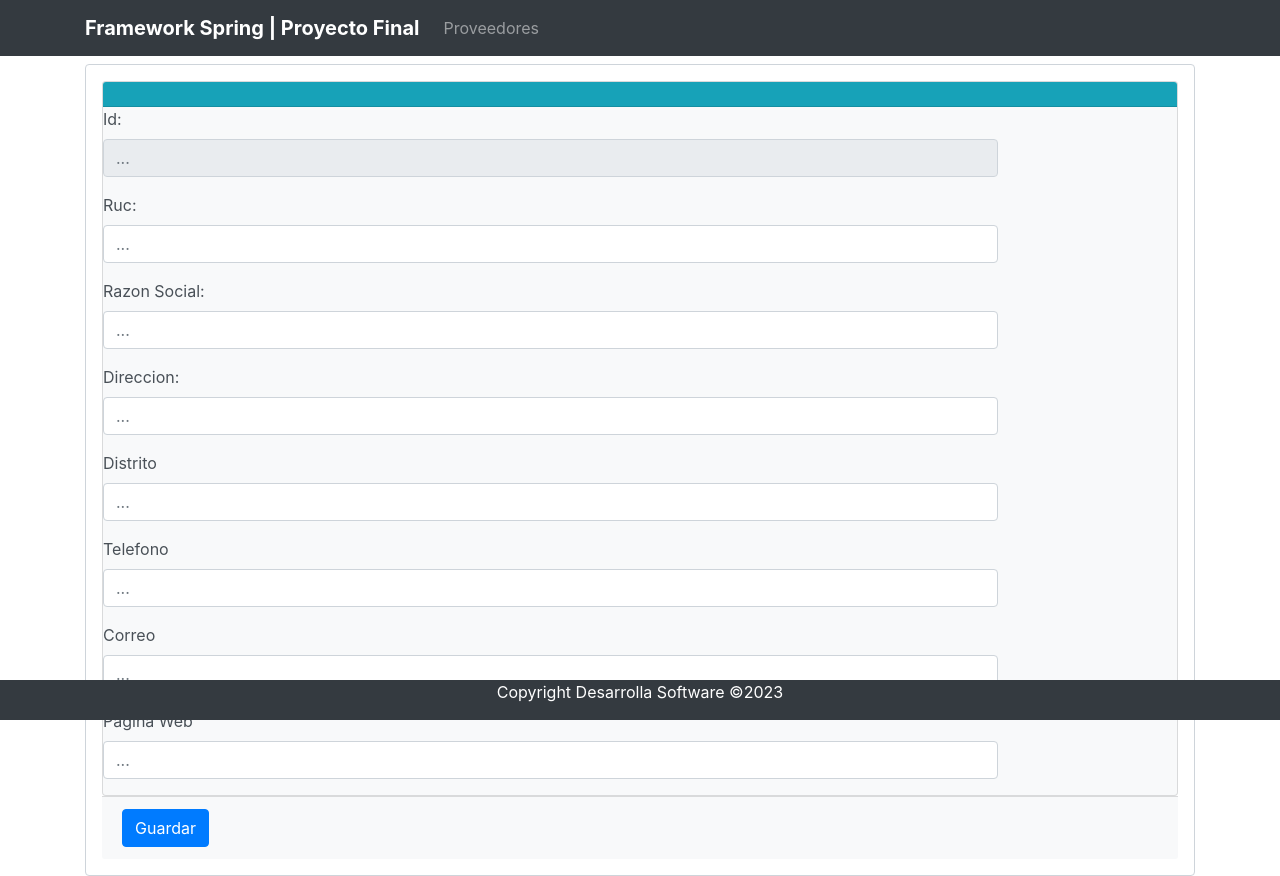
Repository: jeanyantas/proyecto-final-spring
Page: http://localhost/frmEditar
An editor plug-in stored every save of this project. The page is shown before and after the next save, followed by the edit.
The browser window is 1280 px wide. The pictures show the whole page.
The page is this project's Thymeleaf template; nobody is signed in. The template is opened directly, without the code that normally fills it, so the values that code supplies are empty.

Above is the page before, as saved 2023-01-15 20:01:21.

After the next save:
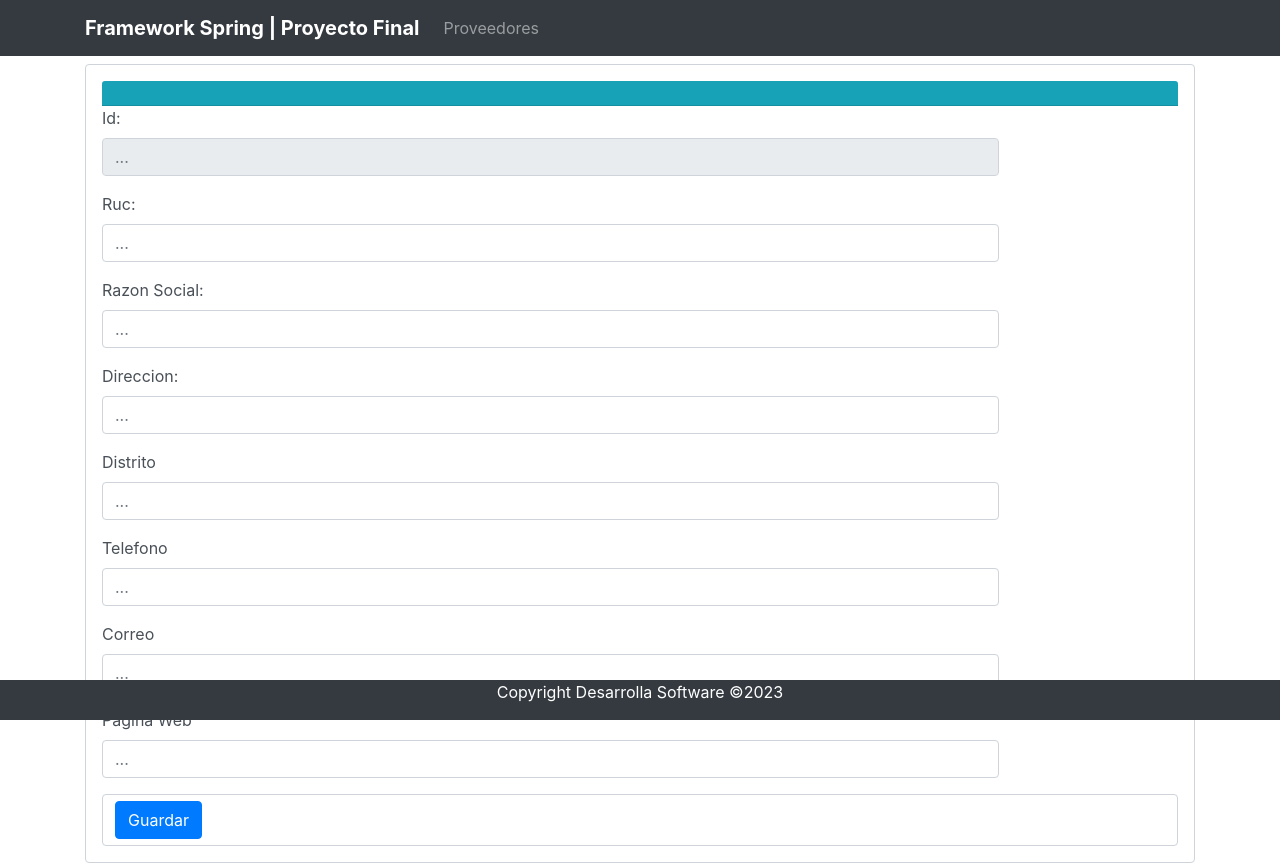
Saved 2 min 32 s later.
--- a/moduloProveedor/src/main/resources/templates/frmEditar.html
+++ b/moduloProveedor/src/main/resources/templates/frmEditar.html
@@ -5,7 +5,6 @@
 		<header th:replace="plantilla/plantilla :: header"></header>
 		<div class="container mt-2">
 			<form th:action="@{/grabar}" th:object="${proveedor}" method="post" class="form-control p-3">
-				<div class="card bg-light">
 					<div class="card-header bg-info text-white" th:text="${titulo}"></div>
 					<div class="form-floating mb-3">
 						<label for="id">Id:</label>
@@ -39,8 +38,7 @@
 						<label for="paginaWeb">Pagina Web</label>
 						<input type="text" th:field="*{paginaweb}" class="form-control col-md-10" id="paginaWeb" placeholder="...">
 					</div>
-				</div>
-				<div class="card-footer bg-light">
+				<div class="form-control">
 					<input type="submit" class="btn btn-primary" value="Guardar">
 				</div>
 			</form>
